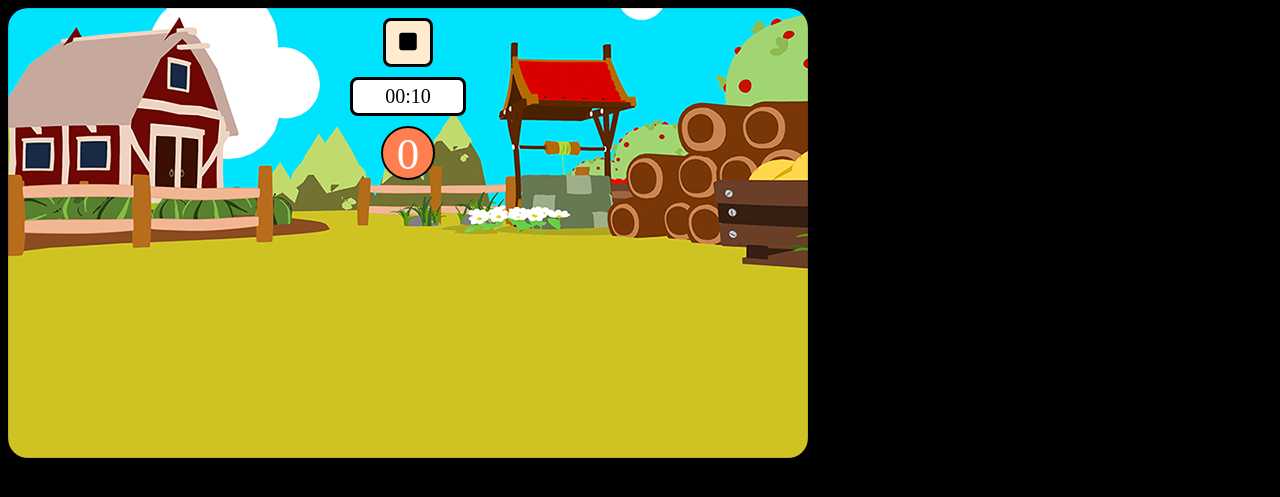
Repository: rladpwl0512/dreamcoding_browser101
Page: (7) catch-carrot-game/catch carrot/index.html
These files come from the project's save history. The page is drawn as it stood at one moment and after the next save; the edit follows.
The browser window is 1280 px wide. The pictures show the whole page.
After loading, the first visible `button.btn` was clicked once.
Some web libraries are served in a nearby version.

Above is the page before, as saved 2021-10-07 17:26:52.

### (7) catch-carrot-game/catch carrot/index.html
<!DOCTYPE html>
<html lang="en">
<head>
  <meta charset="UTF-8">
  <meta http-equiv="X-UA-Compatible" content="IE=edge">
  <meta name="viewport" content="width=device-width, initial-scale=1.0">
  <link rel="stylesheet" href="./style.css">
  <script src="./main.js" defer></script>
  <script src="https://kit.fontawesome.com/d1f0f5669b.js" crossorigin="anonymous"></script>
  <title>🥕catch carrot</title>
</head>
<body>
  <div class="background">
    <div class="top">
      <button class="btn">
        <i class="fas fa-play"></i>
        <!-- <i class="fas fa-pause"></i> -->
        <span class="blind">start button</span>
      </button>
      <div class="clock">00:00</div>
      <div class="count">0</div>
    </div>
    <div class="bottom">
      <!--벌레 7개-->
      <img class="bug hidden" src="./img/bug.png" alt="bug">
      <img class="bug hidden" src="./img/bug.png" alt="bug">
      <img class="bug hidden" src="./img/bug.png" alt="bug">
      <img class="bug hidden" src="./img/bug.png" alt="bug">
      <img class="bug hidden" src="./img/bug.png" alt="bug">
      <img class="bug hidden" src="./img/bug.png" alt="bug">
      <img class="bug hidden" src="./img/bug.png" alt="bug">
      <!--당근 10개-->
      <img class="carrot hidden" src="./img/carrot.png" alt="bug">
      <img class="carrot hidden" src="./img/carrot.png" alt="bug">
      <img class="carrot hidden" src="./img/carrot.png" alt="bug">
      <img class="carrot hidden" src="./img/carrot.png" alt="bug">
      <img class="carrot hidden" src="./img/carrot.png" alt="bug">
      <img class="carrot hidden" src="./img/carrot.png" alt="bug">
      <img class="carrot hidden" src="./img/carrot.png" alt="bug">
      <img class="carrot hidden" src="./img/carrot.png" alt="bug">
      <img class="carrot hidden" src="./img/carrot.png" alt="bug">
      <img class="carrot hidden" src="./img/carrot.png" alt="bug">
    </div>
  </div>
</body>
</html>

### (7) catch-carrot-game/catch carrot/style.css
@charset "UTF-8";

body {
  background-color: black;
  text-align: center;
}

button {
  background: transparent;
  box-shadow: 0px 0px 0px transparent;
  border: 0px solid transparent;
  text-shadow: 0px 0px 0px transparent;
  cursor: pointer;
}

.background {
  box-sizing: border-box;
  background-image: url(./img/background.png);
  background-repeat: no-repeat;
  width: 800px;
  height: 450px;
  border-radius: 20px;
  padding-top: 10px;
}

.btn {
  display: block;
  margin: 0px auto;
  padding: 10px 13px;
  font-size: 20px;
  border: 3px solid black;
  border-radius: 8px;
  background-color: blanchedalmond;
}

.clock {
  width: 100px;
  background-color: white;
  border: 3px solid black;
  border-radius: 8px;
  padding: 5px;
  margin: 0 auto;
  font-size: 20px;
  margin: 10px auto 0;
}

.count {
  width: 50px;
  height: 50px;
  font-size: 45px;
  color: white;
  background-color: coral;
  border: 2px solid black;
  border-radius: 50%;
  margin: 10px auto 0;
}

.blind {
  position: absolute;
  width: 1px;
  height: 1px;
  clip: rect(0 0 0 0);
  margin: -1px;
  overflow: hidden;
}

.bottom {
  position: relative;
  height: 287px;
}

.bug, .carrot {
  display: none;
  position: absolute;
  top: 0;
  left: 0;
}

### (7) catch-carrot-game/catch carrot/main.js
const btn = document.querySelector('.btn');
const clock = document.querySelector('.clock');
const bugs = document.querySelectorAll('.bug');
const carrots = document.querySelectorAll('.carrot');

//타이머(count down)
let time = 11; //10초
function timer() {
    const interval = setInterval(function() {
      time--;
      if(time === -1) {
        time=11;
        clearInterval(interval);
        return;
      }
      clock.innerHTML = `00:${time}`;
  }, 1000); //1초마다 실행
}

//랜덤 배치
function random() {
  for(let bug of bugs) {
    let xNum = Math.floor(Math.random() * 720);
    let yNum = Math.floor(Math.random() * 170);
    bug.style.transform = `translate(${xNum}px, ${yNum}px)`;
  }
  for(let carrot of carrots) {
    xNum = Math.floor(Math.random() * 720);
    yNum = Math.floor(Math.random() * 170);
    carrot.style.transform = `translate(${xNum}px, ${yNum}px)`;
  }
}

//클릭이 되었을 때 버튼 변경
btn.addEventListener('click', () => {
  //1. 중지버튼으로 변경
  btn.innerHTML=`
    <i class="fas fa-square"></i>
    <span class="blind">pause button</span>
  `;
  //2. 타이머 실행
  timer();
  //3. 카운터 실행(클릭 카운터)
  //4. 당근, 벌레 랜덤 배치
  random();
});

After the next save:
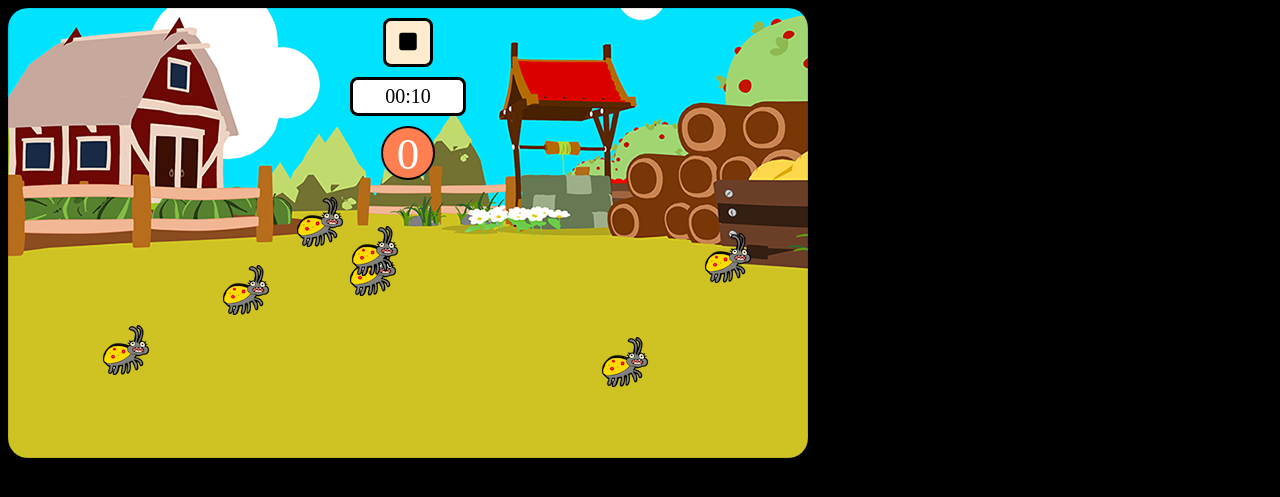
Saved 18 s later.
--- a/(7) catch-carrot-game/catch carrot/main.js
+++ b/(7) catch-carrot-game/catch carrot/main.js
@@ -22,6 +22,7 @@ function random() {
   for(let bug of bugs) {
     let xNum = Math.floor(Math.random() * 720);
     let yNum = Math.floor(Math.random() * 170);
+    bug.style.display = "block";
     bug.style.transform = `translate(${xNum}px, ${yNum}px)`;
   }
   for(let carrot of carrots) {
